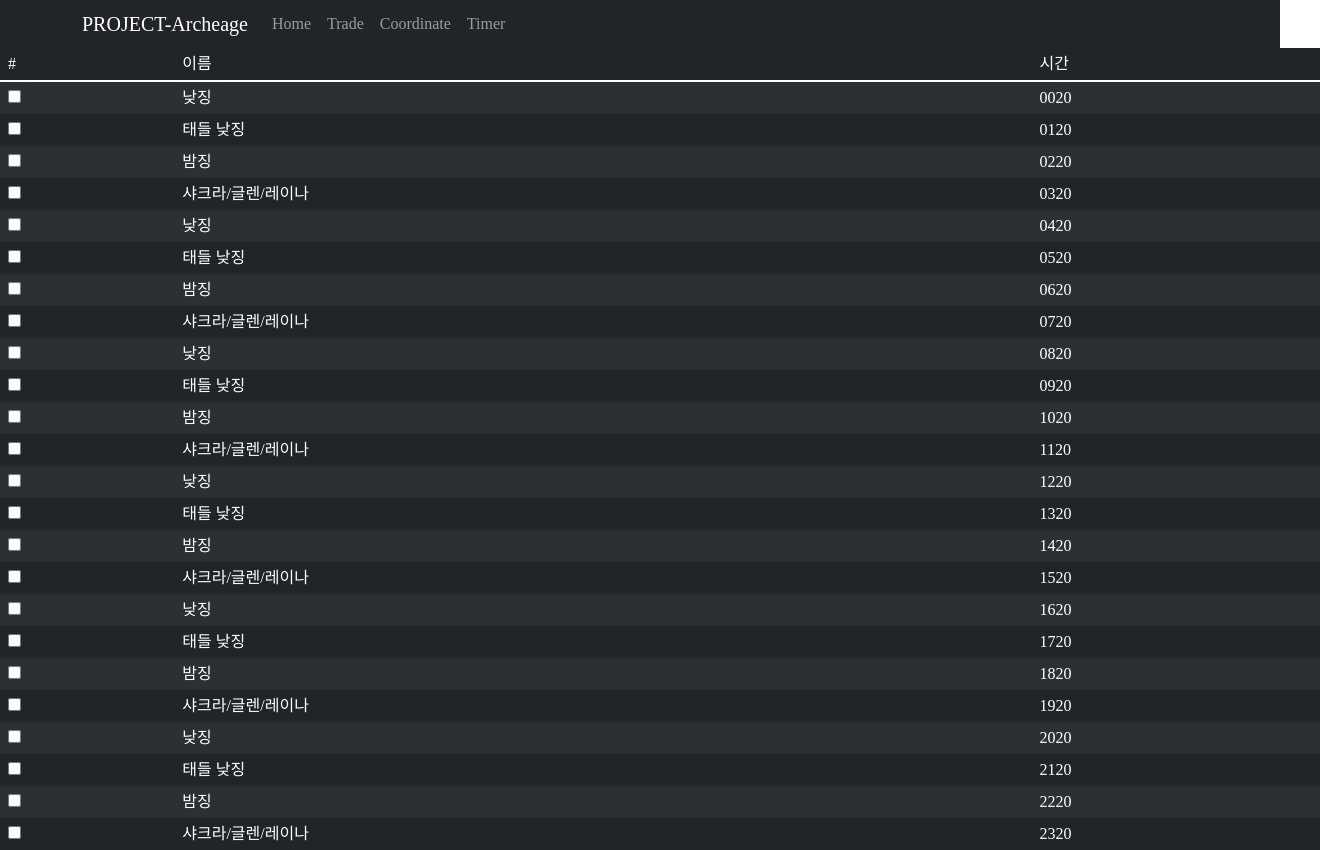
Repository: minsang98/project-archeage
Page: /timer
The author's editor kept a copy of each file at every save. The page is drawn from the files as they stood at one save, then again after the next save.
The browser window is 1280 px wide. The page is 1320 px wide, so the pictures cover 1320 px, including what lies to the right of the window. The pictures show the whole page.
The project was rebuilt for these pictures with package versions that can differ from the ones it lists, and the page was loaded fresh each time. Imported but missing from the stored project, and not drawn on this page: src/components/Timer/lol.mp3.

Above is the page before, as saved 2022-01-12 20:49:14.

After the next save:
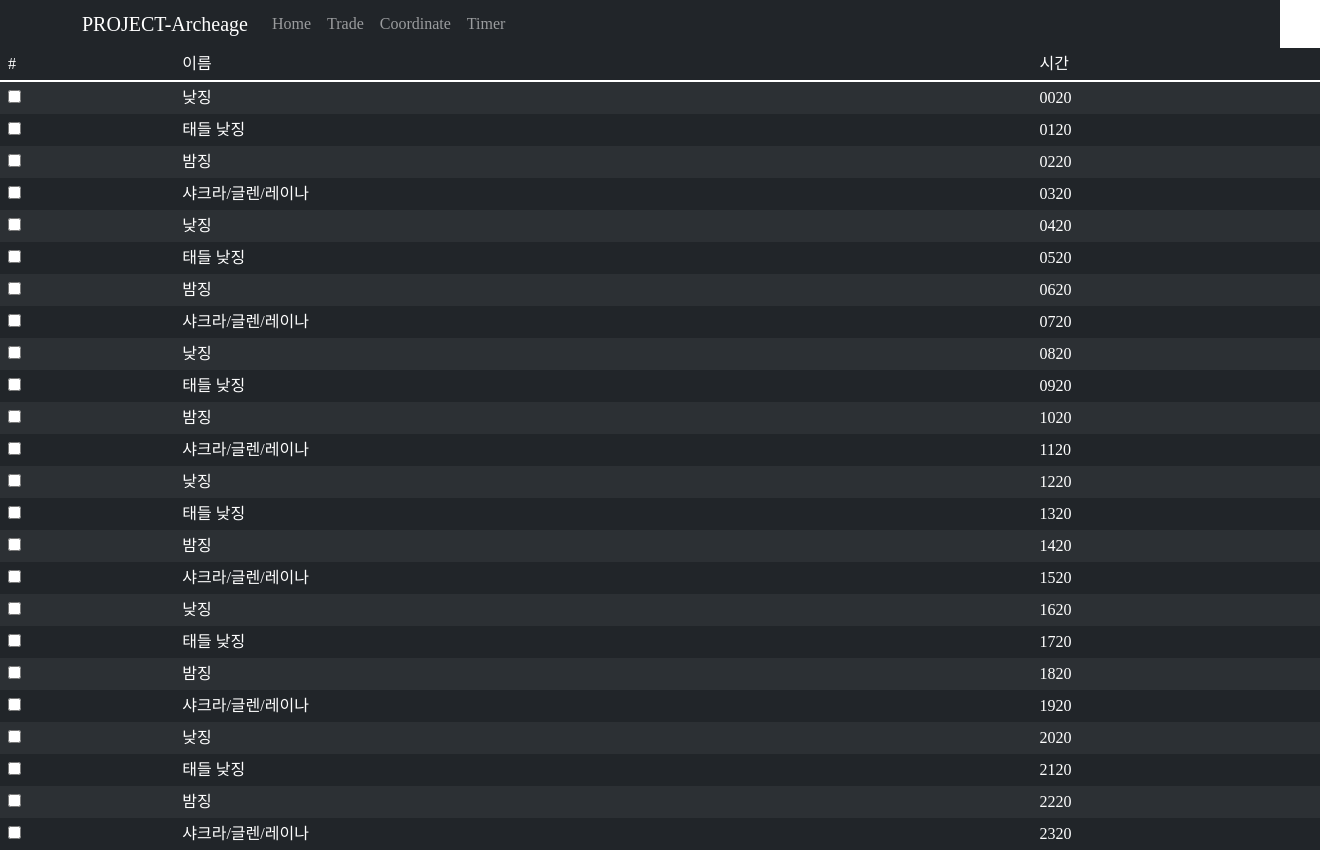
Saved 36 s later.
--- a/src/components/Timer/Timer.js
+++ b/src/components/Timer/Timer.js
@@ -13,6 +13,10 @@ function raidFunc(name) {
       return { name: name, time: v };
     });
 }
+const Container = styled.div`
+  display: flex;
+  justify-content: center;
+`;
 const Timer = () => {
   const audio = new Audio(sound);
   // audio.play();
@@ -25,7 +29,7 @@ const Timer = () => {
   const timeNow = new Date();
   console.log(`${timeNow.getHours()}${timeNow.getMinutes()}`);
   return (
-    <div>
+    <Container>
       <Table striped bordered hover variant="dark">
         <thead>
           <tr>
@@ -52,7 +56,7 @@ const Timer = () => {
           ))}
         </tbody>
       </Table>
-    </div>
+    </Container>
   );
 };
 
